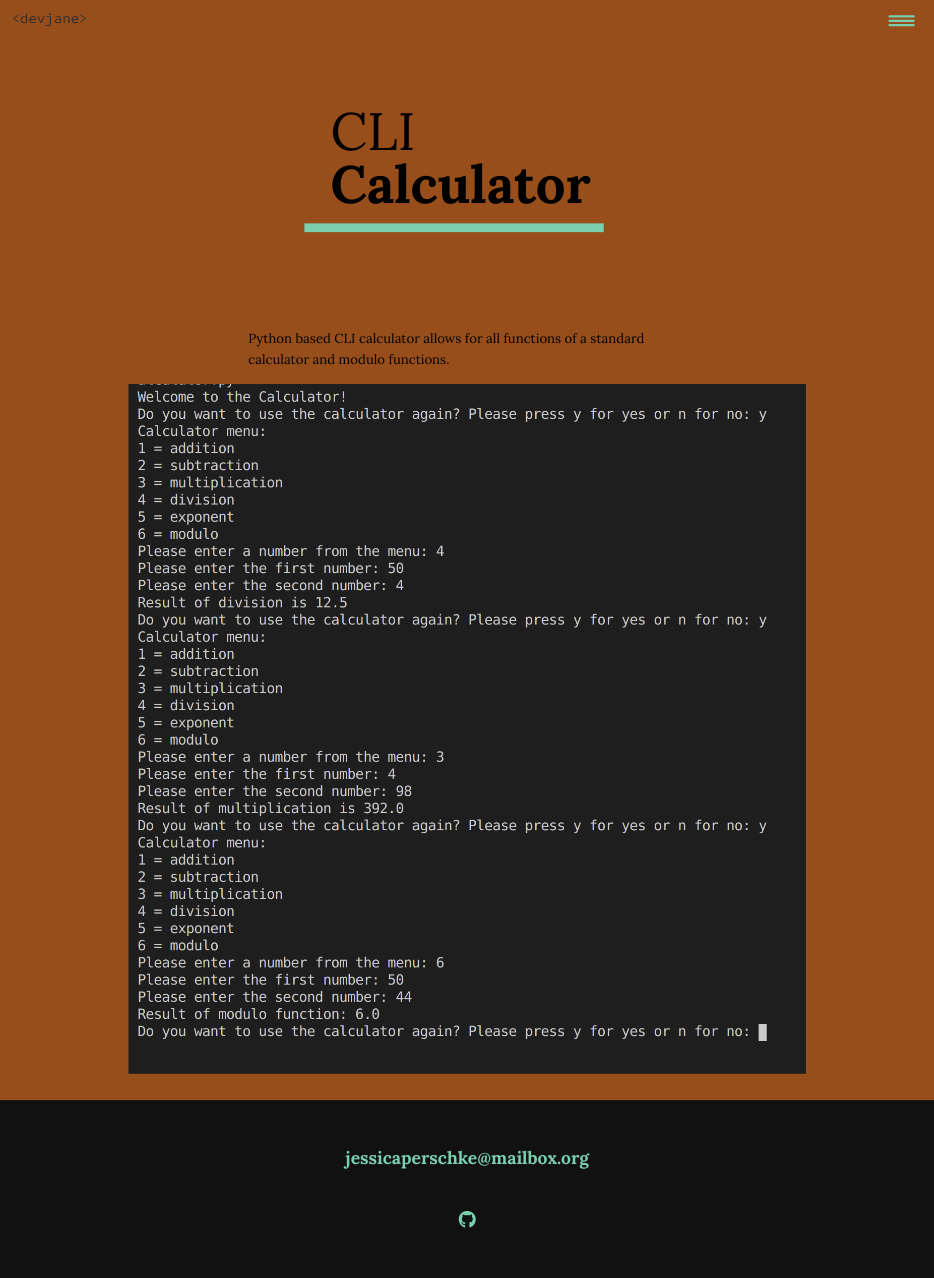
Repository: DinoDime/site
Page: portfolio-item3.html
An editor plug-in stored every save of this project. The page is shown before and after the next save, followed by the edit.
The browser window is 1280 px wide. The pictures show the whole page, at 73% of full size.
Some web libraries are served in a nearby version.

Above is the page before, as saved 2021-05-03 10:48:41.

After the next save:
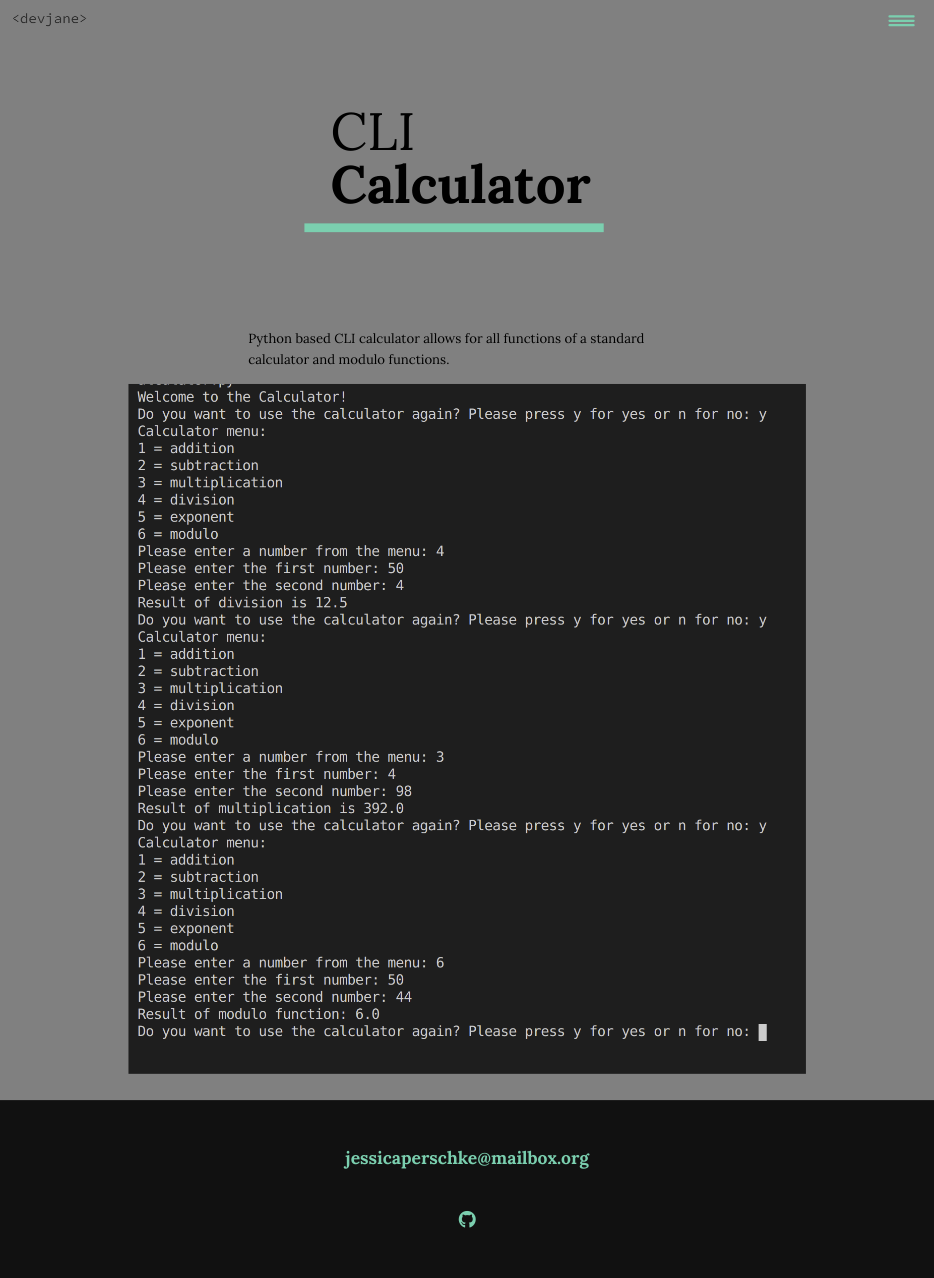
Saved 42 s later.
--- a/css/style.css
+++ b/css/style.css
@@ -13,7 +13,7 @@
   --fw-reg: 400;
   --fw-bold: 700;
 
-  --clr-light: rgb(151, 78, 26);
+  --clr-light: grey;
   --clr-dark: black;
   --clr-accent: rgb(123, 207, 175);
 
